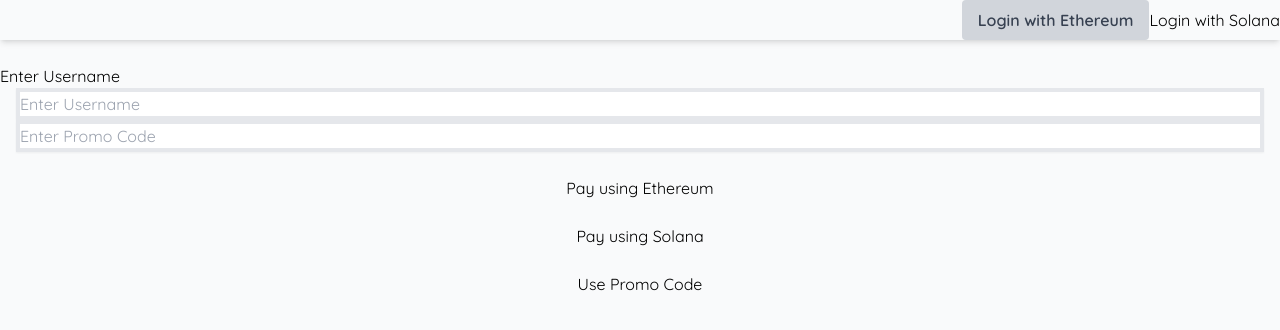
Repository: 22shivam/Polychain
Page: / (app in frontend/)
These files come from the project's save history. The page is drawn as it stood at one moment and after the next save; the edit follows.
The browser window is 1280 px wide. The pictures show the whole page.
The page's requests for data from a server got no answer. The project was rebuilt for these pictures with package versions that can differ from the ones it lists, and the page was loaded fresh each time. The framework's server and built-in components were replaced by stand-ins that run in the browser. No one was signed in, and anything a server would have sent is missing. Also part of the build but not shown: frontend/next.config.js.

Above is the page before, as saved 2022-01-01 11:50:35.

### frontend/pages/_app.js
import React from 'react';
import '../styles/globals.css'
import { useState, createContext } from 'react';

const UserContext = createContext({
  userAccount: "",
  setUserAccount: () => { }
});

function MyApp({ Component, pageProps }) {
  const [userAccount, setUserAccount] = useState({});
  const value = { userAccount, setUserAccount };
  console.log(userAccount)


  return (
    <UserContext.Provider value={value}>
      <Component {...pageProps} />
    </UserContext.Provider>
  )
}

export default MyApp
export { UserContext };

### frontend/pages/_document.js
import Document, { Html, Head, Main, NextScript } from 'next/document'

class MyDocument extends Document {
    render() {
        return (
            <Html>
                <Head>
                    <script src="https://cdn.jsdelivr.net/gh/alpinejs/alpine@v2.x.x/dist/alpine.min.js" defer></script>
                    <link rel="preconnect" href="https://fonts.googleapis.com" />
                    <link rel="preconnect" href="https://fonts.gstatic.com" crossorigin />
                    <link href="https://fonts.googleapis.com/css2?family=Quicksand:wght@300;400;500;600;700&display=swap" rel="stylesheet" />
                </Head>
                <body className='bg-gray-50'>
                    <Main />
                    <NextScript />
                </body>
            </Html>
        )
    }
}

export default MyDocument

### frontend/pages/index.js
import { useState, useEffect, useContext } from "react";
import transferSOL from "../lib/transferSol";
import transferEth from "../lib/transferEth";
import createPostRequest from "../lib/createPostRequest";
import { ethers } from "ethers";
import Link from 'next/link'
import getSolanaProvider from "../lib/getSolanaProvider";
import { UserContext } from "./_app";
import * as web3 from "@solana/web3.js";

export default function App() {
    console.log("rerendering")
    const [username, setUsername] = useState("")
    const [promoCode, setPromoCode] = useState("");
    const { userAccount, setUserAccount } = useContext(UserContext);

    const handleLogout = async () => {
        console.log(userAccount.blockchain)
        if (userAccount.blockchain == "sol") {
            window.solana.disconnect()
        }
        const response = await fetch("http://localhost:3001/logout", {
            credentials: 'include'
        })

        const processedResponse = await response.json()
        console.log(processedResponse)
        setUserAccount({})
    }

    useEffect(() => {
        // ask them to login either through solana or eth
        (async () => {
            console.log("fetching username details")
            const response = await fetch("http://localhost:3001/isLoggedIn", {
                credentials: 'include'
            })
            const processedResponse = await response.json()
            console.log("processedResponse", processedResponse)
            if (!processedResponse.isLoggedIn) {
                return console.log("please login first")
            } else {
                setUserAccount({ address: processedResponse.address, blockchain: processedResponse.blockchain })
            }
        })()
    }, [])

    useEffect(() => {
        if (window.ethereum) {
            window.ethereum.on('accountsChanged', handleLogout);
        }
        if (window.solana) {
            window.solana.on("disconnect", handleLogout)
        }
        return () => {
            if (window.ethereum) {
                window.ethereum.removeListener('accountsChanged', handleLogout);
            }
            if (window.solana) {
                window.solana.removeListener("disconnect", handleLogout);
            }
        }
    }, [])

    const registerUsingPromoCode = async (e) => {

        if (!window.ethereum)
            throw new Error("No Ethereum Crypto wallet found. Please install it.");
        // await window.ethereum.send("eth_requestAccounts");
        // const accounts = await window.ethereum.request({ method: 'eth_accounts' });
        if (!userAccount.address) {
            // ask them to login either through solana or eth
            return console.log("please login first")
        }

        const requestObject = {
            username,
            promoCode,
            address: userAccount.address,
            blockchain: userAccount.blockchain
        }

        try {
            const registrationResponse = await createPostRequest("http://localhost:3001/register/promo", requestObject)
            console.log(registrationResponse)
        } catch (err) { console.log("registration failed:", err) }

    }

    const registerUsingSolana = async (e) => {
        const coinbaseResponse = await fetch("https://api.coinbase.com/v2/exchange-rates")
        const data = await coinbaseResponse.json()
        const solPerUSD = data.data.rates.SOL
        const SOLpayValue = solPerUSD * 5
        const hash = await transferSOL(SOLpayValue, "AA6bqLgTzYPpFFH2R9XLdudibWcemLkKDRtZmPQEsEiS", setUserAccount);
        if (!hash) { return }

        const requestObject = {
            hash,
            username
        }

        try {
            const registrationResponse = await createPostRequest("http://localhost:3001/register/sol", requestObject)
            console.log(registrationResponse)
        } catch (err) { console.log("registration failed:", err) }


    }

    const registerUsingEthereum = async (e) => {
        // make get request to https://api.coinbase.com/v2/exchange-rates
        // get the USD value of ETH
        const coinbaseResponse = await fetch("https://api.coinbase.com/v2/exchange-rates")
        const data = await coinbaseResponse.json()
        const ethPerUSD = data.data.rates.ETH
        const ETHpayValue = ethPerUSD * 5

        const tx = await transferEth({
            ether: ETHpayValue.toString(),
            addr: "0x76aEB5092D8eabCec324Be739b8BA5dF473F0055"
        }, setUserAccount)
        if (!tx) { return }

        const requestObject = {
            tx,
            username
        }
        try {
            const registrationResponse = await createPostRequest("http://localhost:3001/register/eth", requestObject)
            console.log(registrationResponse)
        } catch (err) { console.log("registration failed:", err) }
    }

    const ethLogin = async (e) => {
        try {
            if (!window.ethereum)
                throw new Error("No Ethereum Crypto wallet found. Please install it.");
            // await window.ethereum.send("eth_requestAccounts");
            // const accounts = await window.ethereum.request({ method: 'eth_accounts' });
            const accounts = await window.ethereum.request({
                method: "wallet_requestPermissions",
                params: [{
                    eth_accounts: {}
                }]
            }).then(() => ethereum.request({
                method: 'eth_requestAccounts'
            }))
            // const accounts = await ethereum.request({ method: "eth_requestAccounts" })
            const provider = new ethers.providers.Web3Provider(window.ethereum);
            const signer = provider.getSigner();
            const message = `Logging in.... \n \n Random ID: ${Math.random().toString(36).slice(2)}`
            const signature = await signer.signMessage(message)
            const requestObject = {
                signature,
                message,
                address: accounts[0]
            }
            const loginResponse = await createPostRequest("http://localhost:3001/login/eth", requestObject)

            if (loginResponse.success) {
                setUserAccount({ address: accounts[0], blockchain: "eth" })
            }

            console.log(loginResponse)
        } catch (err) { console.log(err) }

    }

    const solLogin = async (e) => {
        try {
            const provider = await (async () => {
                if ("solana" in window) {
                    // await window.solana.request({ method: "disconnect" });
                    await window.solana.connect();
                    const provider = window.solana;
                    console.log("Is Phantom installed?  ", provider.isPhantom);
                    return provider
                } else {
                    window.open("https://www.phantom.app/", "_blank");
                }
            })()
            const message = `Logging in.... \n \n Random ID: ${Math.random().toString(36).slice(2)}`
            const encodedMessage = new TextEncoder().encode(message);
            const signedMessage = await window.solana.signMessage(encodedMessage, "utf8")
            console.log(JSON.parse(JSON.stringify(signedMessage.publicKey)).toString())
            console.log(signedMessage.publicKey.toBase58()) // returns publickey in base58.
            console.log(new web3.PublicKey(signedMessage.publicKey.toBase58()))
            console.log(Object.getPrototypeOf(signedMessage.publicKey))
            console.log(signedMessage.publicKey)
            console.log(signedMessage.publicKey)
            console.log(signedMessage.publicKey._bn)
            console.log(signedMessage)
            console.log(JSON.stringify(signedMessage))


            const requestObject = {
                signedMessage: signedMessage,
                message,
                address: signedMessage.publicKey.toBytes(),
                publicKey: signedMessage.publicKey.toBase58()

            }
            const loginResponse = await createPostRequest("http://localhost:3001/login/sol", requestObject)

            if (loginResponse.success) {
                setUserAccount({ address: signedMessage.publicKey.toString(), blockchain: "sol" })
            }

            console.log(loginResponse)
        } catch (err) { console.log(err) }
    }


    return (
        <div className="flex flex-col">
            <div className="flex flex-row shadow-md" id="nav_bar py-4">
                <div className="grow-0" id="left_nav_bar"> </div>
                <div className="grow" id="spacer">  </div>
                <div className="grow-0" id="right_nav_bar my-2">
                    {userAccount.address ?
                        <div>
                            <h1><Link href="/dashboard">Dashboard</Link></h1>
                            <button onClick={handleLogout}>Logout</button>
                        </div>
                        : (
                            <div>
                                <button className="bg-gray-300 text-gray-700 font-semibold py-2 px-4 rounded inline-flex items-center" onClick={ethLogin}>Login with Ethereum</button>
                                <button onClick={solLogin}>Login with Solana</button>
                            </div>
                        )}


                </div>
            </div>

            <br />
            <h1> Enter Username </h1>
            <input value={username} onChange={(e) => { setUsername(e.target.value) }} className="shadow-sm mr-4 ml-4 border-4" name="ether" type="text" placeholder="Enter Username" />
            <input value={promoCode} onChange={(e) => { setPromoCode(e.target.value) }} className="shadow-sm mr-4 ml-4 border-4" name="ether" type="text" placeholder="Enter Promo Code" />
            <br />
            <button onClick={registerUsingEthereum}>Pay using Ethereum</button>
            <br />
            <button onClick={registerUsingSolana}>Pay using Solana</button>
            <br />
            <button onClick={registerUsingPromoCode}>Use Promo Code</button>
        </div>

    );
}

### frontend/styles/globals.css
@tailwind base;
@tailwind components;
@tailwind utilities;

html,
body {
  padding: 0;
  margin: 0;
  font-family: Quicksand, -apple-system, BlinkMacSystemFont, Segoe UI, Roboto, Oxygen,
    Ubuntu, Cantarell, Fira Sans, Droid Sans, Helvetica Neue, sans-serif;
}

a {
  color: inherit;
  text-decoration: none;
}

* {
  box-sizing: border-box;
}

### frontend/lib/transferSol.js
import getSolanaProvider from "./getSolanaProvider";
import * as web3 from '@solana/web3.js';

export default async function transferSOL(solAmount, toAddr, setUserAccount) {
    // Detecing and storing the phantom wallet of the user (creator in this case)
    var provider = await getSolanaProvider();

    // Establishing connection
    var connection = new web3.Connection(
        web3.clusterApiUrl('devnet'), // change to mainnet-beta when deploying
    );
    var recieverWallet = new web3.PublicKey(toAddr);
    console.log("pblickey of sender", provider.publicKey)
    var transaction = new web3.Transaction().add(
        web3.SystemProgram.transfer({
            fromPubkey: provider.publicKey,
            toPubkey: recieverWallet,
            lamports: solAmount * web3.LAMPORTS_PER_SOL
        }),
    );

    // Setting the variables for the transaction
    transaction.feePayer = await provider.publicKey;
    let blockhashObj = await connection.getRecentBlockhash();
    transaction.recentBlockhash = await blockhashObj.blockhash;
    // Request creator to sign the transaction (allow the transaction)
    let signed = await provider.signTransaction(transaction);
    // The signature is generated
    let hash = await connection.sendRawTransaction(signed.serialize());
    console.log(hash)
    // Confirm whether the transaction went through or not
    if (setUserAccount) {
        setUserAccount({ address: provider.publicKey, blockchain: "sol" })
    }
    await connection.confirmTransaction(hash);
    return hash
}

### frontend/lib/transferEth.js
import { ethers } from 'ethers'
import { toBn } from 'evm-bn';

const transferEth = async ({ ether, addr }, setUserAccount) => {
    try {
        if (!window.ethereum)
            throw new Error("No crypto wallet found. Please install it.");

        const accounts = await ethereum.request({ method: "eth_requestAccounts" })
        // await window.ethereum.request({ method: 'eth_accounts' });
        const provider = new ethers.providers.Web3Provider(window.ethereum);
        const signer = provider.getSigner();
        const tx = await signer.sendTransaction({
            to: addr,
            value: toBn(ether)
        });
        if (setUserAccount) {
            setUserAccount({ address: accounts[0], blockchain: "eth" })
        }
        return tx
    } catch (err) {
        alert(err.message)
    }
};

export default transferEth

### frontend/lib/createPostRequest.js

const createPostRequest = async (url, requestObject) => {
    const response = await fetch(url, {
        method: 'POST', // *GET, POST, PUT, DELETE, etc.
        mode: 'cors', // no-cors, *cors, same-origin
        cache: 'no-cache', // *default, no-cache, reload, force-cache, only-if-cached
        credentials: 'include', // include, *same-origin, omit
        headers: {
            'Content-Type': 'application/json'
            // 'Content-Type': 'application/x-www-form-urlencoded',
        },
        redirect: 'follow', // manual, *follow, error
        referrerPolicy: 'no-referrer', // no-referrer, *no-referrer-when-downgrade, origin, origin-when-cross-origin, same-origin, strict-origin, strict-origin-when-cross-origin, unsafe-url
        body: JSON.stringify(requestObject) // body data type must match "Content-Type" header
    });

    const processedResponse = await response.json();

    return processedResponse
}

export default createPostRequest;

### frontend/lib/getSolanaProvider.js
const getSolanaProvider = async () => {
    if ("solana" in window) {
        await window.solana.connect();
        const provider = window.solana;
        if (provider.isPhantom) {
            console.log("Is Phantom installed?  ", provider.isPhantom);
            return provider;
        }
    } else {
        window.open("https://www.phantom.app/", "_blank");
    }
};

export default getSolanaProvider;

Loaded but not shown: frontend/tailwind.config.js (common file)

After the next save:
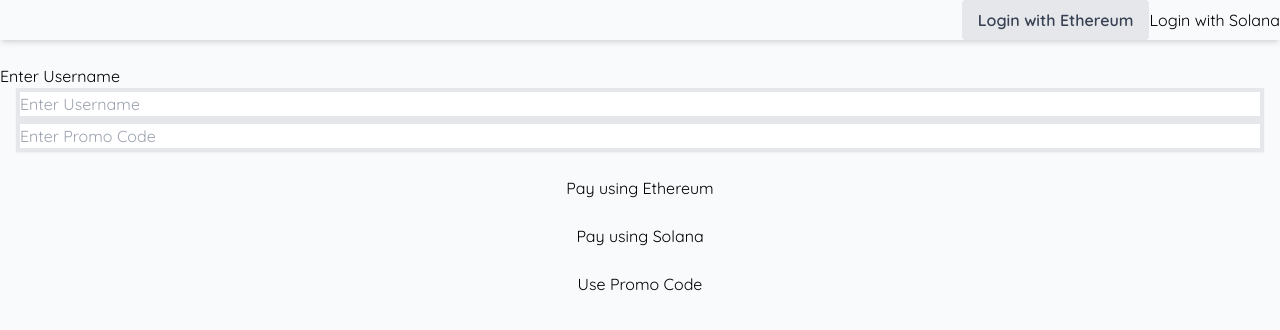
Saved 17 s later.
--- a/frontend/pages/index.js
+++ b/frontend/pages/index.js
@@ -225,7 +225,7 @@ export default function App() {
                         </div>
                         : (
                             <div>
-                                <button className="bg-gray-300 text-gray-700 font-semibold py-2 px-4 rounded inline-flex items-center" onClick={ethLogin}>Login with Ethereum</button>
+                                <button className="bg-gray-200 text-gray-700 font-semibold py-2 px-4 rounded inline-flex items-center" onClick={ethLogin}>Login with Ethereum</button>
                                 <button onClick={solLogin}>Login with Solana</button>
                             </div>
                         )}
